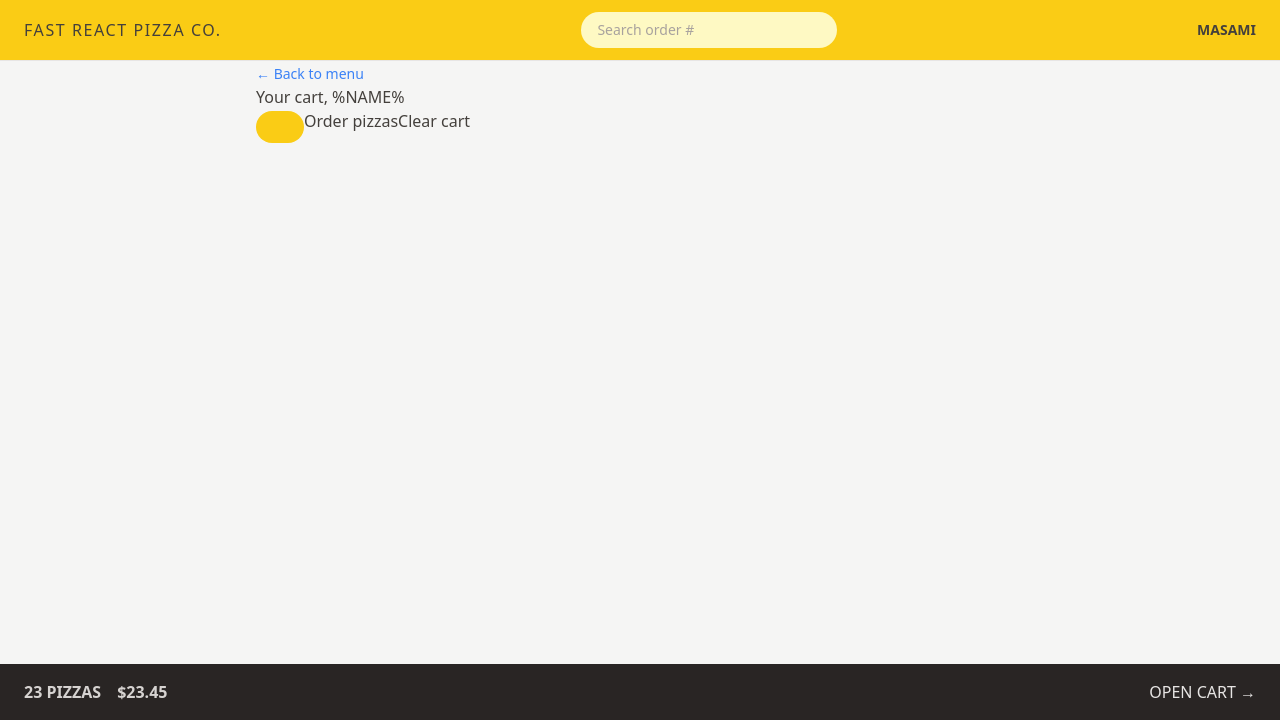
Repository: masamichan/pizza-vite
Page: /cart
These files come from the project's save history. The page is drawn as it stood at one moment and after the next save; the edit follows.
The browser window is 1280 px wide. The pictures show the whole page.
The project was rebuilt for these pictures with package versions that can differ from the ones it lists, and the page was loaded fresh each time. Also part of the build but not shown: vite.config.js, src/ui/Home.jsx, src/services/apiRestaurant.js, src/utils/helpers.js, src/features/menu/MenuItem.jsx, src/features/menu/Menu.jsx, src/features/order/CreateOrder.jsx, src/features/order/Order.jsx and 2 more. Imported but missing from the stored project, and not drawn on this page: src/features/user/CreateUser.

Above is the page before, as saved 2023-12-22 17:14:32.

After the next save:
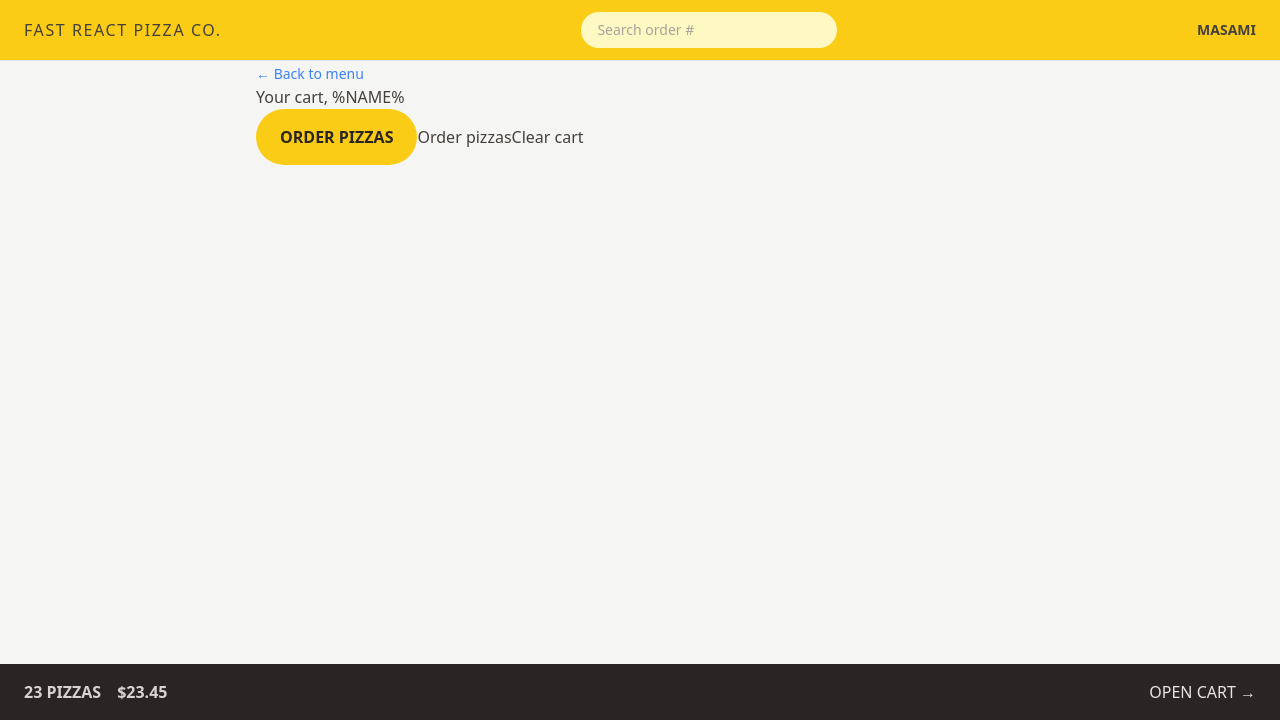
Saved 43 s later.
--- a/src/features/cart/Cart.jsx
+++ b/src/features/cart/Cart.jsx
@@ -36,7 +36,7 @@ function Cart() {
       <h2>Your cart, %NAME%</h2>
 
       <div>
-        <Button to="/order/new"></Button>
+        <Button to="/order/new">Order pizzas</Button>
 
         <Link>Order pizzas</Link>
         <button>Clear cart</button>
